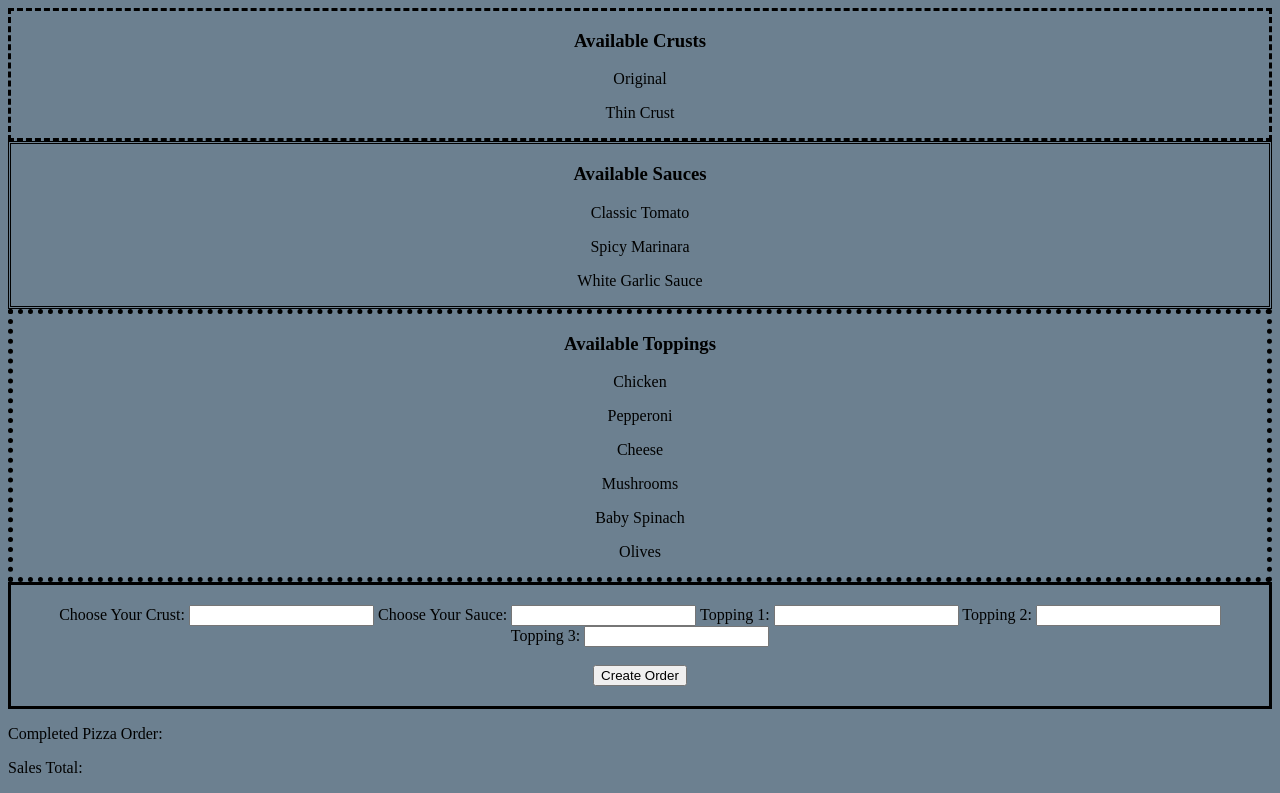
Repository: EmmanuelMefor/Pizza-order
Page: index.html
An editor plug-in stored every save of this project. The page is shown before and after the next save, followed by the edit.
The browser window is 1280 px wide. The pictures show the whole page.
Some web fonts or font styles are not loaded; a fallback is used.

Above is the page before, as saved 2024-01-05 18:24:00.
Console error: SyntaxError: Unexpected number

After the next save:
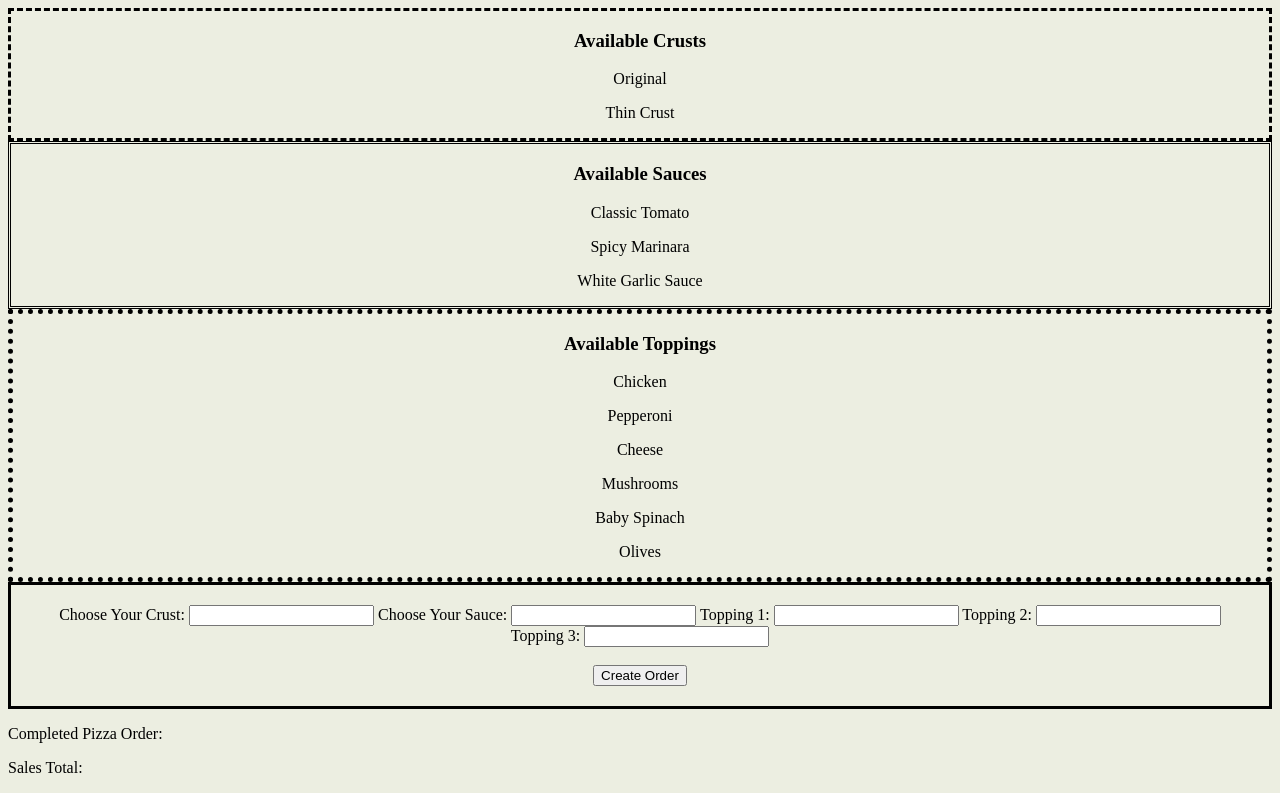
Saved 62 s later.
--- a/style.css
+++ b/style.css
@@ -1,5 +1,5 @@
 body {
-  background-color: #6c8090;
+  background-color: #eceee1;
 }
 
 .createOrder {
